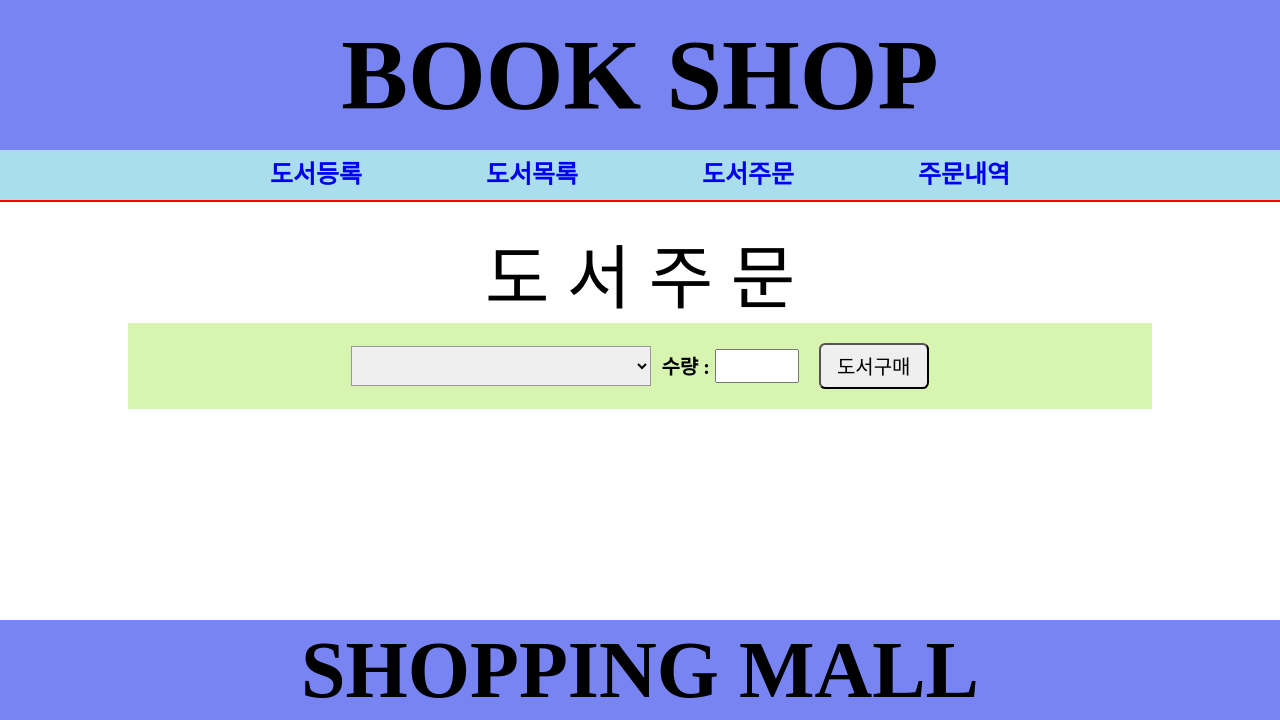
Repository: eunmiyo/BookShop
Page: http://localhost/Book/buy
These files come from the project's save history. The page is drawn as it stood at one moment and after the next save; the edit follows.
The browser window is 1280 px wide. The pictures show the whole page.
The page is served by Tomcat 9. Other server files are loaded and not shown. Queries for data that is not in the repository find no rows.

Above is the page before, as saved 2022-12-29 04:53:49.

### Book/src/main/webapp/buy.jsp
<%@ page language="java" contentType="text/html; charset=UTF-8"
    pageEncoding="UTF-8"%>

<%@ taglib prefix="c" uri="http://java.sun.com/jsp/jstl/core"%>
<!DOCTYPE html>
<html>
<head>
<meta charset="UTF-8">
<title>Insert title here</title>

<meta http-equiv="X-UA-Compatible" content="IE=edge" />
<meta name="viewport" content="width=device-width, initial-scale=1.0" />
<link rel="stylesheet" href="style.css">
</head>
<body>
	<%@ include file="top.jsp"%>
		<table class="wap">
			<caption>도 서 주 문</caption>
			<tr>
				<td>
				<select>
					<option></option>
				<c:forEach var="book" items="${bookList}" varStatus="status">
					<option>${book.title} / ${book.writer} / ${book.price}원</option>
				</c:forEach>
				</select>
				<b>수량 : </b>
				<input type="text" class="input">
				<button class="btn" type="submit">도서구매</button>
				</td>
			</tr>
			<hr color="red">
		</table>
	<%@ include file="footer.jsp"%>
	<script type="text/javascript" src="./script.js"></script>
</body>
</html>

### Book/src/main/webapp/top.jsp
<%@ page language="java" contentType="text/html; charset=UTF-8"
    pageEncoding="UTF-8"%>
<!DOCTYPE html>
<html>
<head>
<meta charset="UTF-8">
<title>Insert title here</title>
<link rel="stylesheet" href="style.css">
</head>
<body>
	<header>BOOK SHOP</header>
	<nav>
		<ul>
			<li><a href="add">도서등록</a></li>
			<li><a href="list">도서목록</a></li>
			<li><a href="buy">도서주문</a></li>
			<li><a href="order">주문내역</a></li>
		</ul>
	</nav>
</body>
</html>

### Book/src/main/webapp/footer.jsp
<%@ page language="java" contentType="text/html; charset=UTF-8"
    pageEncoding="UTF-8"%>
<!DOCTYPE html>
<html>
<head>
<meta charset="UTF-8">
<title>Insert title here</title>
<link rel="stylesheet" href="style.css">
</head>
<body>
	<footer>SHOPPING MALL</footer>
</body>
</html>

### Book/src/main/java/Controller/BookController.java
package Controller;

import java.io.IOException;
import java.io.PrintWriter;

import javax.servlet.ServletException;
import javax.servlet.annotation.WebServlet;
import javax.servlet.http.HttpServlet;
import javax.servlet.http.HttpServletRequest;
import javax.servlet.http.HttpServletResponse;

import DAO.BookDAO;

@WebServlet("/")
public class BookController extends HttpServlet {
	private static final long serialVersionUID = 1L;


    public BookController() {
        super();
    }

	protected void doGet(HttpServletRequest request, HttpServletResponse response) throws ServletException, IOException {
		request.setCharacterEncoding("UTF-8");
		doPro(request, response);
	}

	protected void doPost(HttpServletRequest request, HttpServletResponse response) throws ServletException, IOException {
		request.setCharacterEncoding("UTF-8");
		doPro(request, response);
	}

	protected void doPro(HttpServletRequest request, HttpServletResponse response) throws ServletException, IOException {
		String context = request.getContextPath(); // 톰캣의 ContextPath()를 가져온다.(server.xml에서 확인)
		String command = request.getServletPath(); // 경로에 맨 끝 파일명을 가져온다.
		String site = null;

		BookDAO book = new BookDAO();

		switch (command) {
		case "/" :
			site = "bookshop.jsp";
			break;
		case "/add" :
			site = "add.jsp";
			break;
		case "/insert" :
			int result = book.insert(request, response);
			response.setContentType("text/html; charset=UTF-8");
			PrintWriter out = response.getWriter();

			if(result == 1) {
				out.print("<script>");
				out.print("alert('상품이 정상적으로 등록 되었습니다!'); location.href='" + context + "/add';");
				out.print("</script>");
				out.flush();
			} else {
				out.print("<script>");
				out.print("alert('등록실패!'); location.href='" + context + "/add';");
				out.print("</script>");
				out.flush();
			}
			break;
		case "/list" :
			site = book.listAll(request, response);
			break;
		case "/delete" :
			int result2 = book.delete(request, response);
			response.setContentType("text/html; charset=UTF-8");
			out = response.getWriter();

			if(result2 == 1) { //삭제성공
				out.print("<script>");
				out.print("alert('상품삭제가 완료 되었습니다!'); location.href='" + context + "/list';");
				out.print("</script>");
				out.flush();
			} else {
				out.print("<script>");
				out.print("alert('삭제실패!'); location.href='" + context + "/list';");
				out.print("</script>");
				out.flush();
			}
		 break;
		case "/modify" :
			site = book.modify(request, response);
			break;
		case "/update" :
			int result3 = book.update(request, response);
			response.setContentType("text/html; charset=UTF-8");
			out = response.getWriter();

			if(result3 == 1) {
				out.print("<script>");
				out.print("alert('상품수정이 완료 되었습니다!'); location.href='" + context + "/list';");
				out.print("</script>");
				out.flush();
			} else {
				out.print("<script>");
				out.print("alert('수정실패!'); location.href='" + context + "/list';");
				out.print("</script>");
				out.flush();
			}
		 break;
		case "/buy" :
			site = book.buy(request, response);
			break;
		}

		getServletContext().getRequestDispatcher("/" + site).forward(request, response);
	}
}

### Book/src/main/java/DAO/BookDAO.java
package DAO;

import java.sql.Connection;
import java.sql.DriverManager;
import java.sql.PreparedStatement;
import java.sql.ResultSet;
import java.util.ArrayList;

import javax.servlet.http.HttpServletRequest;
import javax.servlet.http.HttpServletResponse;

import DTO.Book;

public class BookDAO {
	Connection conn = null;
	PreparedStatement ps = null;
	ResultSet rs = null;

	public static Connection getConnection() throws Exception {
		Class.forName("oracle.jdbc.OracleDriver");
		Connection con = DriverManager
				.getConnection("jdbc:oracle:thin:@localhost:1521:xe", "test", "test1234");
		return con;
	}

	//상품등록
	public int insert(HttpServletRequest request, HttpServletResponse response) {
		String title = request.getParameter("title");
		String writer = request.getParameter("writer");
		int price = Integer.parseInt(request.getParameter("price"));
		int stock = Integer.parseInt(request.getParameter("stock"));
		int result = 0;

		try {
			conn = getConnection();
			String sql = "INSERT INTO BOOK_LIST VALUES(BOOK_SEQ.NEXTVAL, ?, ?, ?, ?)";
			ps = conn.prepareStatement(sql);
			ps.setString(1, title);
			ps.setString(2, writer);
			ps.setInt(3, price);
			ps.setInt(4, stock);

			result = ps.executeUpdate();

			conn.close();
			ps.close();

		} catch (Exception e) {
			e.printStackTrace();
		}
		return result;
	}

	//상품조회
	public String listAll(HttpServletRequest request, HttpServletResponse response) {
		ArrayList<Book> bookList = new ArrayList<Book>();

		 try {
			 conn = getConnection();
			 String sql = "SELECT * FROM BOOK_LIST";

			ps = conn.prepareStatement(sql);
			rs = ps.executeQuery();

			while(rs.next()) {
				Book book = new Book();
				book.setNo(rs.getInt(1));
				book.setTitle(rs.getString(2));
				book.setWriter(rs.getString(3));
				book.setPrice(rs.getInt(4));
				book.setStock(rs.getInt(5));

				bookList.add(book);
			}
			request.setAttribute("bookList", bookList);

			conn.close();
			rs.close();

		 	} catch (Exception e) {
				e.printStackTrace();
		 	}

		 return "list.jsp";
	}

	//상품삭제하기
	public int delete(HttpServletRequest request, HttpServletResponse response) {
		int result = 0;

		try {
			conn = getConnection();
			int no = Integer.parseInt(request.getParameter("no"));
			String sql = "DELETE FROM BOOK_LIST WHERE BOOK_NO = " + no;

			ps = conn.prepareStatement(sql);
			result = ps.executeUpdate(); //쿼리문 실행

			conn.close();
			ps.close();

		} catch (Exception e) {
			e.printStackTrace();
		}

		return result;
	}

	//상품수정 전 화면 보여주기
	public String modify(HttpServletRequest request, HttpServletResponse response) {
		try {
			conn = getConnection();
			int no = Integer.parseInt(request.getParameter("no"));

			String sql = "SELECT TITLE, WRITER, PRICE, STOCK FROM BOOK_LIST WHERE BOOK_NO = " + no;

			ps = conn.prepareStatement(sql);
			rs = ps.executeQuery();

			Book book = new Book();

			if(rs.next()) {
				book.setTitle(rs.getString(1));
				book.setWriter(rs.getString(2));
				book.setPrice(rs.getInt(3));
				book.setStock(rs.getInt(4));
			}

			request.setAttribute("book", book);

			conn.close();
			ps.close();
			rs.close();

		} catch (Exception e) {
			e.printStackTrace();
		}

		return "modify.jsp";
	}

	//상품수정
	public int update(HttpServletRequest request, HttpServletResponse response) {
		String title = request.getParameter("title");
		String writer = request.getParameter("writer");
		int price = Integer.parseInt(request.getParameter("price"));
		int stock = Integer.parseInt(request.getParameter("stock"));
		int result = 0;

		try {
			conn = getConnection();

			String sql = "UPDATE BOOK_LIST SET WRITER = ?, "
					+ "PRICE = ?, STOCK = ? "
					+ "WHERE TITLE = ? ";

			ps = conn.prepareStatement(sql);
			ps.setString(1,writer);
			ps.setInt(2, price);
			ps.setInt(3, stock);
			ps.setString(4, title);

			result = ps.executeUpdate();

			conn.close();
			ps.close();

		} catch (Exception e) {
			e.printStackTrace();
		}
		return result;
	}

	//구매 도서 리스트
	public String buy(HttpServletRequest request, HttpServletResponse response) {
		ArrayList<Book> bookList = new ArrayList<Book>();

		 try {
			 conn = getConnection();
//			 String sql = "SELECT TITLE||' ,'||WRITER||' ,'||PRICE as buyList FROM BOOK_LIST";
			 String sql = "SELECT TITLE, WRITER, PRICE FROM BOOK_LIST";

			ps = conn.prepareStatement(sql);
			rs = ps.executeQuery();

			while(rs.next()) {
				Book book = new Book();
				book.setTitle(rs.getString(1));
				book.setWriter(rs.getString(2));
				book.setPrice(rs.getInt(3));

				bookList.add(book);
			}
			request.setAttribute("bookList", bookList);

			conn.close();
			rs.close();

		 	} catch (Exception e) {
				e.printStackTrace();
		 	}

		 return "buy.jsp";
	}
}

### Book/src/main/webapp/style.css
@charset "UTF-8";

* {
	margin: 0;
	padding: 0;
}

header {
	top: 0;
	width: 100%;
	text-align: center;
	background: #7884F1;
	color: black;
	height: 150px;
	line-height: 150px;
	font-size: 100px;
	font-weight: bold;
}

nav ul {
	height: 50px;
	line-height: 50px;
	width: 100%;
	background: #AADEEE;
	color: black;
	text-align: center;
}

nav ul li {
	list-style: none;
	padding: 0 60px;
	display: inline-block;
	font-weight: bold;
	font-size: 25px;
}

section {
	position: absolute;
	overflow: auto;
	width: 100%;
	height: 100%;
	background: white;
}

a {
	text-decoration: none;
}

a:hover {
	cursor: pointer;
}

img {
	margin: auto;
    display: block;
    padding: 100px;
    width: 40%;
}

caption {
	font-size: 70px;
	margin-top: 20px;
	text-align: center;
}

table {
	padding-top: 50px;
	background: #D7F4B1;
	margin-left:auto;
    margin-right:auto;
}

table{
	border-collapse: collapse;
	width: 50%;
	height: 60px;
	font-size: 20px;
}

.wap {
	border-collapse: collapse;
	width: 80%;
	height: 100%;
	font-size: 20px;
}

.bar {
	border-bottom: 2px solid #86CC2C;
}

tr, td, th {
	display: flex;
	justify-content: center;
	align-items: center;
	padding: 10px;
}

th{
	width: 20%;
}

.list{
	width: 20%;
	padding: 0;
}

input {
	height: 30px;
	width: 300px;
}

b {
	margin-left: 10px;
}

.input {
	margin-left: 5px;
	height: 30px;
	width: 80px;
}

.btn {
	padding: 0.4rem 1rem;
	border-radius: 0.4rem;
	font-size: 20px;
	margin-left: 20px;
	text-align: center;
}

select {
	width: 300px;
	padding: .8em .5em;
	border: 1px solid #999;
	font-family: inherit;
	border-radius: 0px;
}

footer {
	position: fixed;
	bottom: 0;
	width: 100%;
	text-align: center;
	background: #7884F1;
	color: black;
	height: 100px;
	line-height: 100px;
	font-size: 80px;
	font-weight: bold;
}

### Book/src/main/webapp/script.js
function fn_submit() {
	var f = document.frm;

	if(f.title.value == "") {
		alert("도서명이 입력되지 않았습니다!")
		f.title.focus();
		return false;
	}

	if(f.writer.value == "") {
		alert("저자명이 입력되지 않았습니다!")
		f.writer.focus();
		return false;
	}

	if(f.price.value == "") {
		alert("금액이 입력되지 않았습니다!")
		f.price.focus();
		return false;
	}

	if(f.stock.value == "") {
		alert("재고수량이 입력되지 않았습니다!")
		f.stock.focus();
		return false;
	}

	f.submit();
}

function chkDelete(no) {
	const result = confirm("삭제하시겠습니까?");

	if(result){
			const url = location.origin; //'http://localhost:8090'
			location.href = url + "/Book/delete?no=" + no; //페이지이동

		} else {
			return false;
		}
}

After the next save:
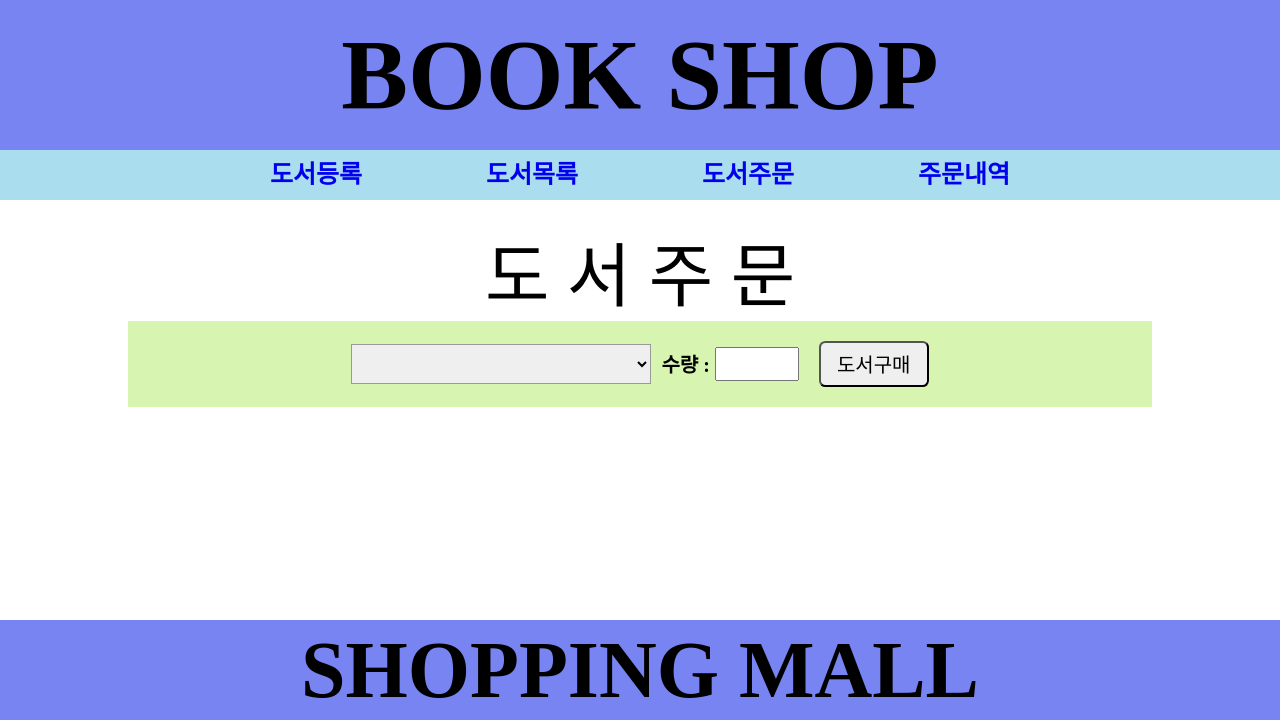
Saved 29 s later.
--- a/Book/src/main/webapp/buy.jsp
+++ b/Book/src/main/webapp/buy.jsp
@@ -29,7 +29,6 @@
 				<button class="btn" type="submit">도서구매</button>
 				</td>
 			</tr>
-			<hr color="red">
 		</table>
 	<%@ include file="footer.jsp"%>
 	<script type="text/javascript" src="./script.js"></script>
